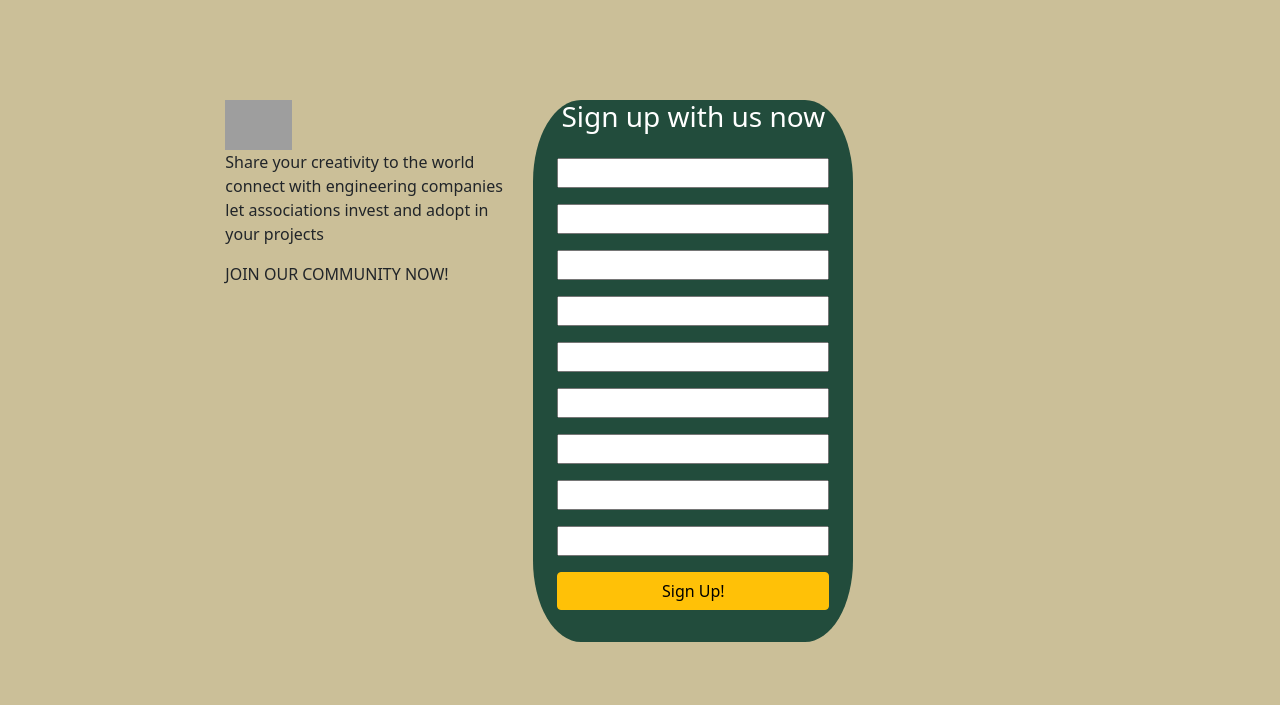
Repository: ahmadjamal-1997/Project-Taqadam
Page: http://localhost/Taqadam/WEB-INF/registrationstudent.jsp
The author's editor kept a copy of each file at every save. The page is drawn from the files as they stood at one save, then again after the next save.
The browser window is 1280 px wide. The pictures show the whole page.
Pictures or frames that could not be fetched are drawn as grey boxes. The page is served by Tomcat 9. Nobody is signed in. The template is opened directly, without the code that normally fills it, so the values that code supplies are empty.

Above is the page before, as saved 2022-03-31 08:17:48.

After the next save:
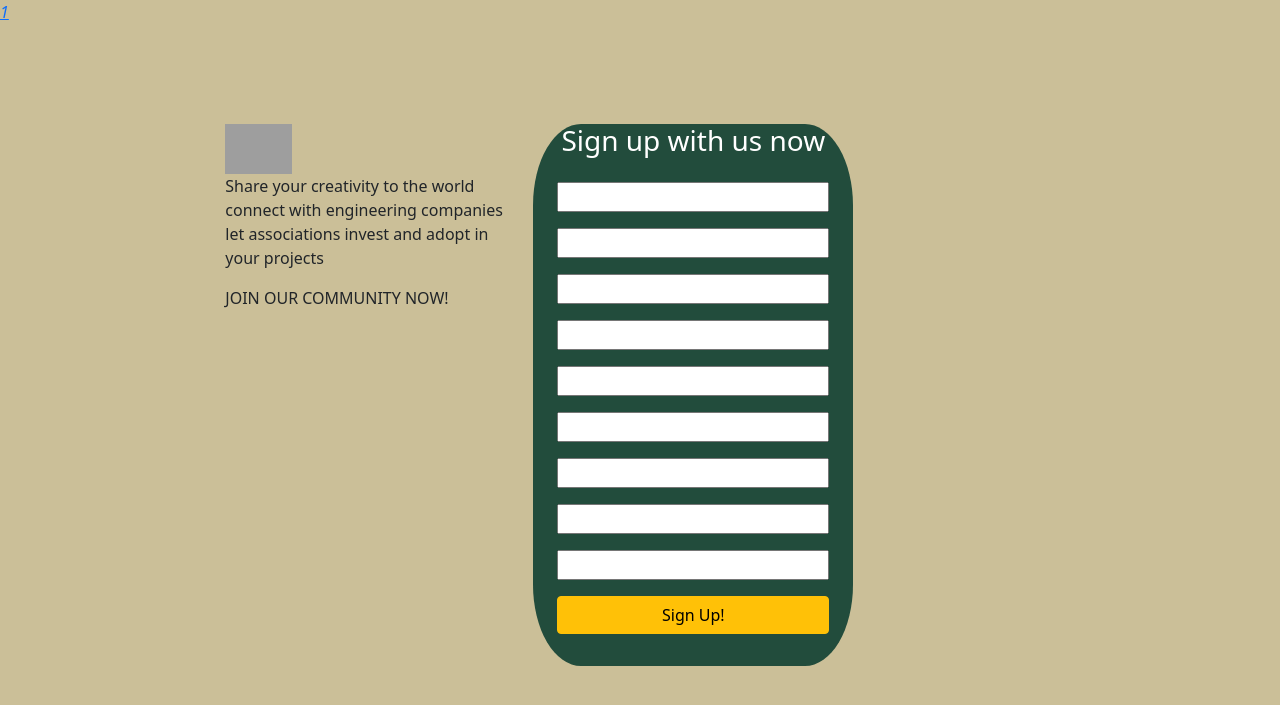
Saved 2 min 3 s later.
--- a/Taqadam-new/Taqadam-java/Taqadam-new/Taqadam/src/main/webapp/WEB-INF/registrationstudent.jsp
+++ b/Taqadam-new/Taqadam-java/Taqadam-new/Taqadam/src/main/webapp/WEB-INF/registrationstudent.jsp
@@ -28,7 +28,7 @@
     </style>
 </head>
 <body>
-<a href="#"><i class="bi bi-instagram"></i></a>
+<a href="#"><i class="bi bi-instagram">1</i></a>
    <body style="background-color: #cbbf98;">
     <div class="container-fluid" >
         <div class="row" style="height: 100px;">
